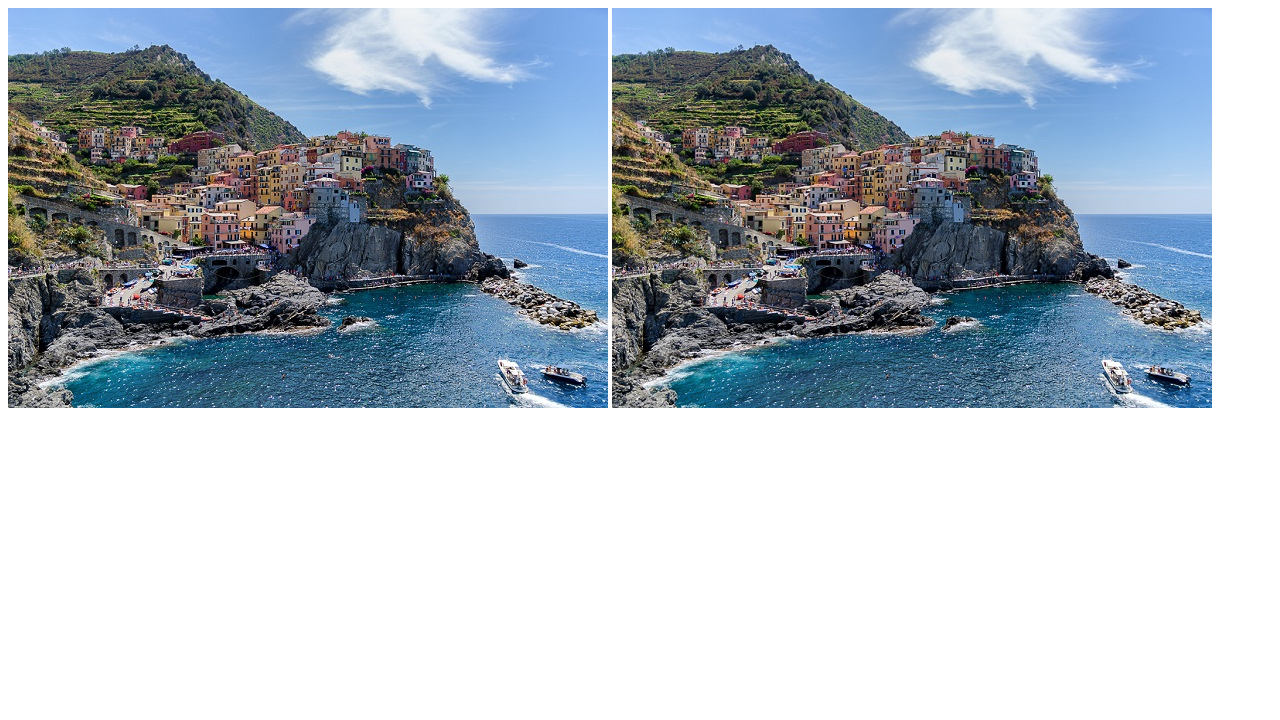
Repository: EmanuelUrbano/introducao_a_tecnologias
Page: 05_05_2022/dropdown_image/index.html
The author's editor kept a copy of each file at every save. The page is drawn from the files as they stood at one save, then again after the next save.
The browser window is 1280 px wide. The pictures show the whole page.

Above is the page before, as saved 2022-05-09 23:51:42.

### 05_05_2022/dropdown_image/index.html
<!DOCTYPE html>
<html lang="en">
<head>
    <meta charset="UTF-8">
   <link rel="stylesheet" href="style.css">
    <title>Dropdown image</title>
</head>
<body>
    <img src="./Banco de Imagens/img.jpg" alt="" class="imagem_pequena">
    <img src="./Banco de Imagens/img.jpg" alt="" class="imagem_grande">
</body>
</html>

Loaded but not shown: 05_05_2022/dropdown_image/style.css (no stored copy; drawn as an empty file)

After the next save:
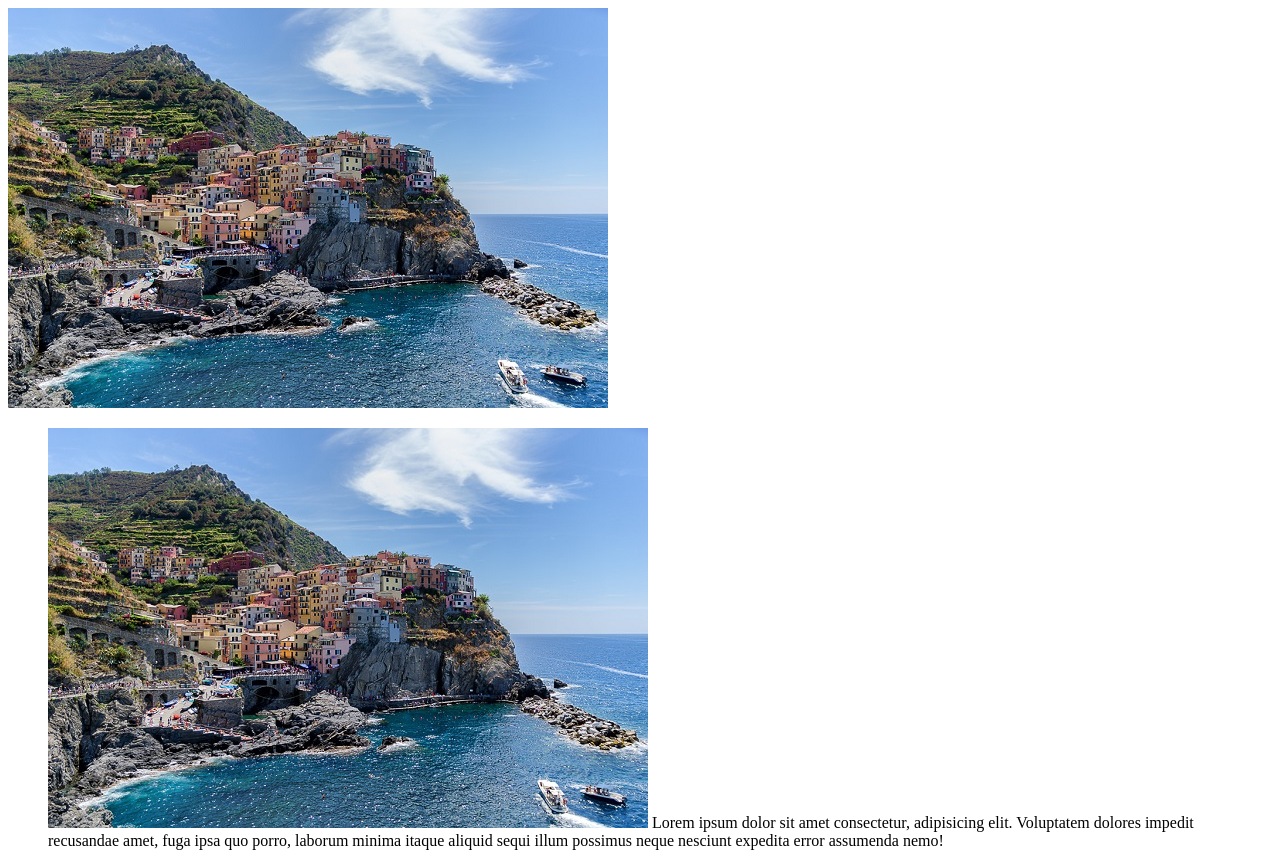
Saved 2 min 19 s later.
--- a/05_05_2022/dropdown_image/index.html
+++ b/05_05_2022/dropdown_image/index.html
@@ -7,6 +7,9 @@
 </head>
 <body>
     <img src="./Banco de Imagens/img.jpg" alt="" class="imagem_pequena">
-    <img src="./Banco de Imagens/img.jpg" alt="" class="imagem_grande">
+    <figure class="imagem_grande">
+        <img src="./Banco de Imagens/img.jpg" alt="" >
+        <figurecaption>Lorem ipsum dolor sit amet consectetur, adipisicing elit. Voluptatem dolores impedit recusandae amet, fuga ipsa quo porro, laborum minima itaque aliquid sequi illum possimus neque nesciunt expedita error assumenda nemo!</figurecaption>
+    </figure>
 </body>
 </html>
